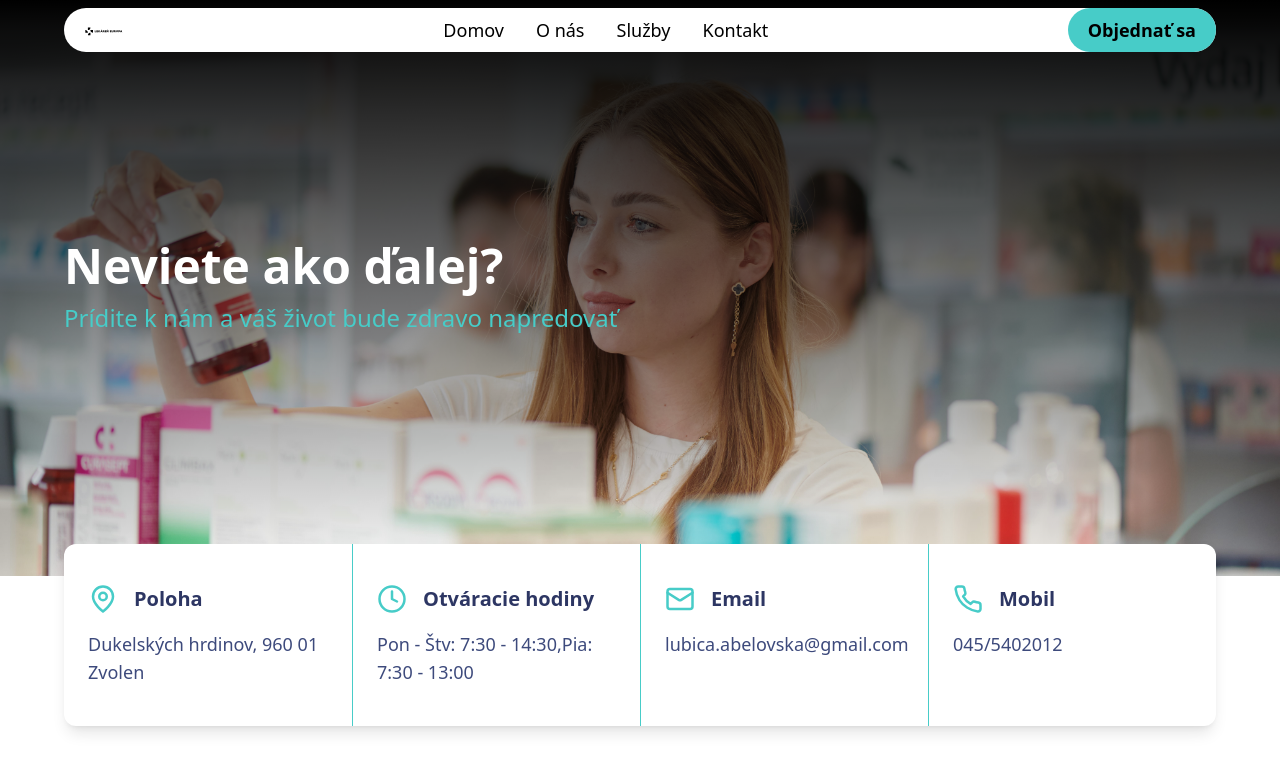
Repository: SimonSkoda13/Lekaren
Page: /
An editor plug-in stored every save of this project. The page is shown before and after the next save, followed by the edit.
The browser window is 1280 px wide. The pictures show the whole page.
The project was rebuilt for these pictures with package versions that can differ from the ones it lists, and the page was loaded fresh each time. The framework's server and built-in components were replaced by stand-ins that run in the browser. Also part of the build but not shown: next.config.js.

Above is the page before, as saved 2023-04-22 19:26:48.

### src/app/layout.tsx
import { Header } from "./components/Header/Header";
import "./globals.css";
import { Poppins } from "next/font/google";

export const metadata = {
  title: "Create Next App",
  description: "Generated by create next app",
};

export default function RootLayout({
  children,
}: {
  children: React.ReactNode;
}) {
  return (
    <html lang="en">
      <body className="bg-white min-h-[100vh]">
        <Header />
        <main>{children}</main>
        <footer></footer>
      </body>
    </html>
  );
}

### src/app/page.tsx
import Image from "next/image";
import { Inter } from "next/font/google";
import { HomeHero } from "./components/HomeHero/HomeHero";
import { Contact } from "./components/Contact/Contact";
import { Phone, MapPin, Clock4, Mail } from "lucide-react";

const inter = Inter({ subsets: ["latin"] });

// page with

export default function Home() {
  return (
    <>
      <HomeHero
        title={"Neviete ako ďalej?"}
        image={"/homeBanner.jpg"}
        description={"Prídite k nám a váš život bude zdravo napredovať"}
      />
      <Contact
        items={[
          {
            title: "Poloha",
            link: "https://goo.gl/maps/L5p9gij7kJ6iXfnA9",
            description: "Dukelských hrdinov, 960 01 Zvolen",
            icon: <MapPin size={30} className="stroke-primary" />,
          },
          {
            title: "Otváracie hodiny",
            link: "https://goo.gl/maps/L5p9gij7kJ6iXfnA9",
            description: "Pon - Štv:  7:30 - 14:30,Pia: 7:30 - 13:00",
            icon: <Clock4 size={30} className="stroke-primary" />,
          },
          {
            title: "Email",
            link: "mailto:lubica.abelovska@gmail.com",
            description: "lubica.abelovska@gmail.com",
            icon: <Mail size={30} className="stroke-primary" />,
          },
          {
            title: "Mobil",
            description: "045/5402012",
            link: "tel:045/5402012",
            icon: <Phone size={30} className="stroke-primary" />,
          },
        ]}
      />
    </>
  );
}

### src/app/components/Header/Header.tsx
import Link from "next/link";
import React from "react";

export interface HeaderProps {}

export const Header = (props: HeaderProps) => {
  const {} = props;
  return (
    <header className="cntn fixed w-full top-2 z-10">
      <div className="flex bg-white rounded-full ">
        {/* logo */}
        <div className="flex justify-center items-center px-5 p-0">
          <Link href="/">
            <img src="/headerLogo.svg" alt="logo" className="w-10 h-10" />
          </Link>
        </div>
        {/* nav */}
        <div className="py-2 px-4 flex gap-8 items-center mx-auto text-lg font-medium">
          <Link href="/">Domov</Link>
          <Link href="/onas">O nás</Link>
          <Link href="/sluzby">Služby</Link>
          <Link href="/kontakt">Kontakt</Link>
        </div>
        {/* button order self */}
        <div className="flex justify-center items-center px-5 p-0 bg-primary rounded-full text-lg font-bold">
          <Link href="/order">Objednať sa</Link>
        </div>
      </div>
    </header>
  );
};

### src/app/globals.css
@tailwind base;
@tailwind components;
@tailwind utilities;

@layer components {
  .cntn {
    @apply mx-auto px-4  max-w-screen-xl md:px-16;
  }
}

### src/app/components/HomeHero/HomeHero.tsx
import Image from "next/image";
import React from "react";
import { ImageGradient } from "./ImageGradient/ImageGradient";

export interface HomeHeroProps {
  title: string;
  image: string;
  description: string;
}

export const HomeHero = (props: HomeHeroProps) => {
  const { title, image, description } = props;
  return (
    <section className="relative h-[80vh] z-0 px-0">
      <div className="w-full h-full absolute left-0 top-0 ">
        {/* make filter for image to odd brightness from top biggest to bottom lowest */}
        <ImageGradient>
          <Image
            src={image}
            alt="Next.js logo"
            fill
            style={{
              objectFit: "cover",
              objectPosition: "center",
            }}
          />
        </ImageGradient>
      </div>
      <div className="cntn relative gap-3 h-full flex justify-center flex-wrap flex-col z-10">
        <h1 className="text-5xl font-bold text-white">{title}</h1>
        <p className="text-2xl text-primary">{description}</p>
      </div>
    </section>
  );
};

### src/app/components/Contact/Contact.tsx
import { Phone } from "lucide-react";
import { Url } from "next/dist/shared/lib/router/router";
import Image from "next/image";
import Link from "next/link";
import React, { ReactNode } from "react";

export interface ContactProps {
  items?: {
    title: string;
    description: string;
    icon: ReactNode;
    link?: string;
  }[];
}

export const Contact = (props: ContactProps) => {
  const { items } = props;
  return (
    <section className="cntn z-10 relative top-[-2rem]">
      <div className="w-full h-full grid grid-cols-2 md:grid-cols-4 items-start bg-white rounded-xl shadow-lg divide-x divide-primary">
        {items?.map((item) => (
          <Link href={item?.link as Url} className="h-full">
            <div className="flex flex-col items-start gap-4 p-6 py-10">
              <div className="flex w-full flex-row gap-4 items-center">
                {item.icon}
                <h2 className="text-xl font-bold text-secondary">
                  {item.title}
                </h2>
              </div>
              <p className="text-lg font-medium text-secondary-light">
                {item.description}
              </p>
            </div>
          </Link>
        ))}
      </div>
    </section>
  );
};

### src/app/components/HomeHero/ImageGradient/ImageGradient.tsx
import React from "react";

export interface ImageGradientProps {
  children: React.ReactNode;
}

export const ImageGradient = (props: ImageGradientProps) => {
  const { children } = props;
  return (
    <div className="relative w-full h-full overflow-hidden z-10">
      <div className="absolute inset-0 z-10 bg-gradient-to-b from-black"></div>
      {children}
    </div>
  );
};

### tailwind.config.js
/** @type {import('tailwindcss').Config} */
module.exports = {
  content: [
    "./src/pages/**/*.{js,ts,jsx,tsx,mdx}",
    "./src/components/**/*.{js,ts,jsx,tsx,mdx}",
    "./src/app/**/*.{js,ts,jsx,tsx,mdx}",
  ],
  theme: {
    extend: {
      colors: {
        primary: "#47CCC8",
        secondary: "#2D3663",
        "secondary-light": "#3D4A7C",
      },
    },
  },
  plugins: [],
};

Loaded but not shown: src/app/api/hello/route.ts (common file)

After the next save:
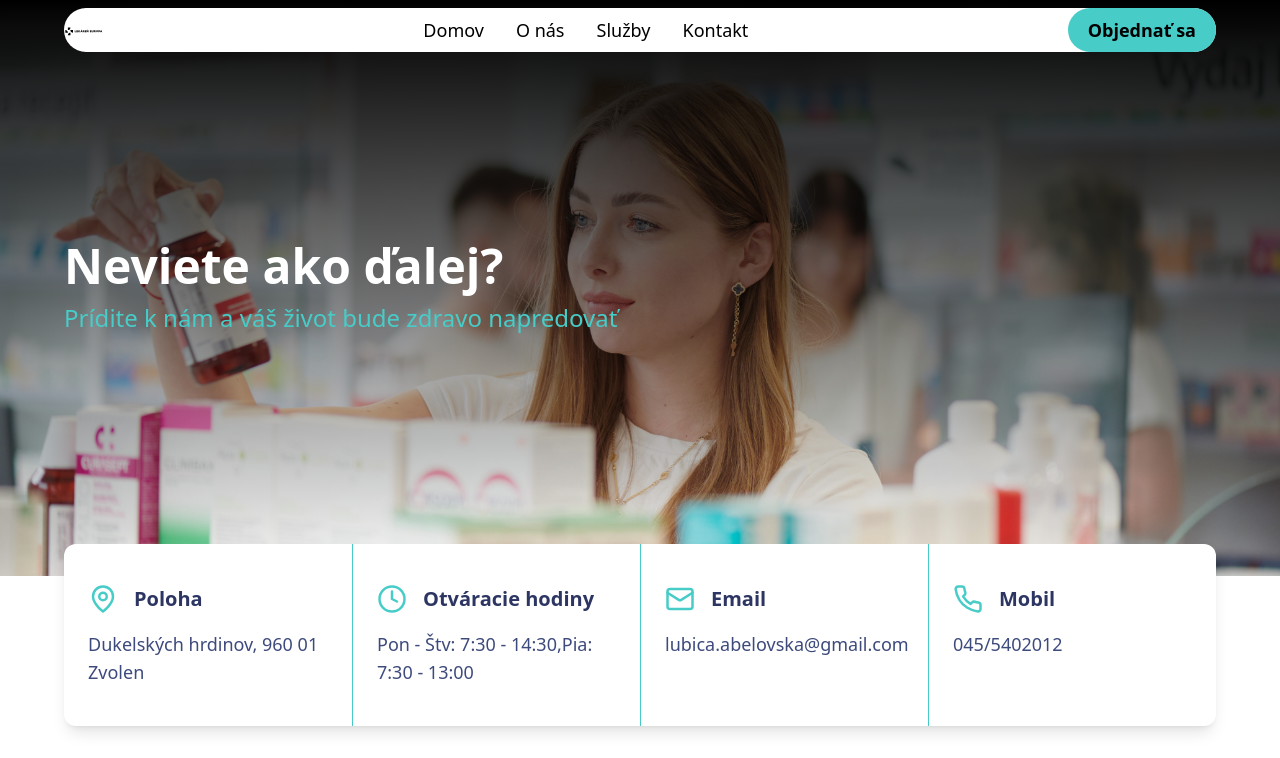
Saved 6 s later.
--- a/src/app/components/Header/Header.tsx
+++ b/src/app/components/Header/Header.tsx
@@ -9,7 +9,7 @@ export const Header = (props: HeaderProps) => {
     <header className="cntn fixed w-full top-2 z-10">
       <div className="flex bg-white rounded-full ">
         {/* logo */}
-        <div className="flex justify-center items-center px-5 p-0">
+        <div className="flex justify-center items-center ">
           <Link href="/">
             <img src="/headerLogo.svg" alt="logo" className="w-10 h-10" />
           </Link>
